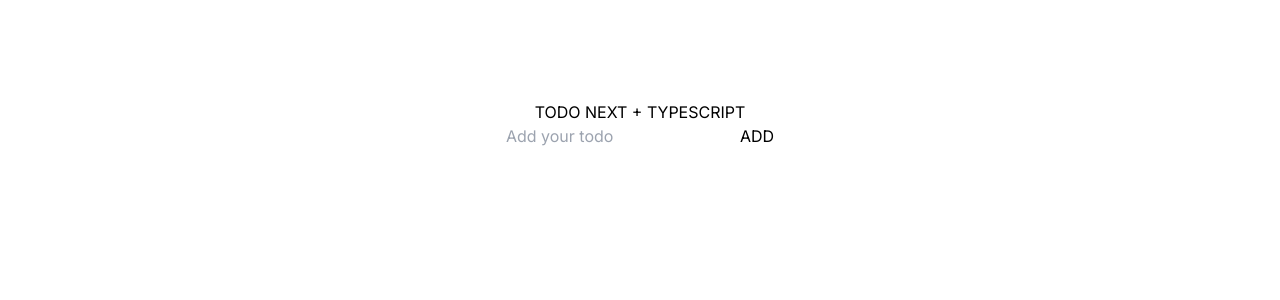
Repository: mehh000/next-ts-todo
Page: /
These files come from the project's save history. The page is drawn as it stood at one moment and after a run of saves; the edit follows.
The browser window is 1280 px wide. The pictures show the whole page.
The project was rebuilt for these pictures with package versions that can differ from the ones it lists, and the page was loaded fresh each time. The framework's server and built-in components were replaced by stand-ins that run in the browser. Also part of the build but not shown: next.config.mjs.

Above is the page before, as saved 2024-06-15 19:46:19.

After the next 2 saves:
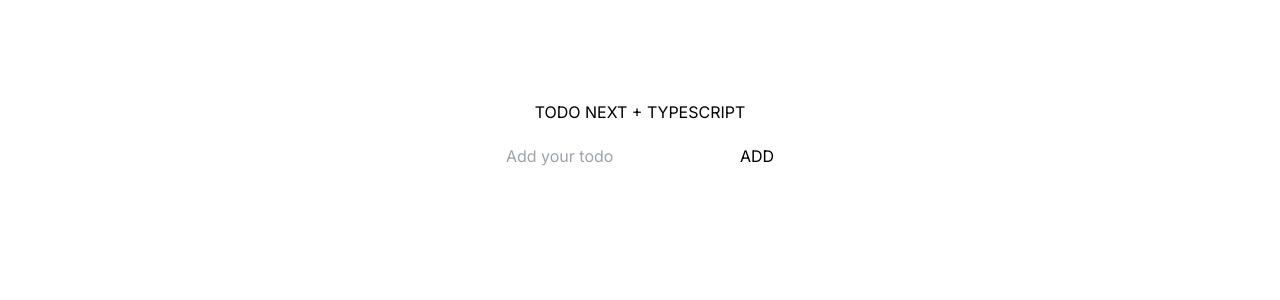
The 2 saves are shown as one change because they came seconds apart.
The last was saved 16 s later.
--- a/src/app/page.tsx
+++ b/src/app/page.tsx
@@ -4,7 +4,7 @@ import React from "react";
 
 const Page = () => {
   return (
-    <main className="flex items-center flex-col mt-[100px]" >
+    <main className="flex items-center flex-col mt-[100px] gap-5 " >
       <h2 className="">TODO NEXT + TYPESCRIPT</h2>
       <AddTODO />
       <TODOS />
